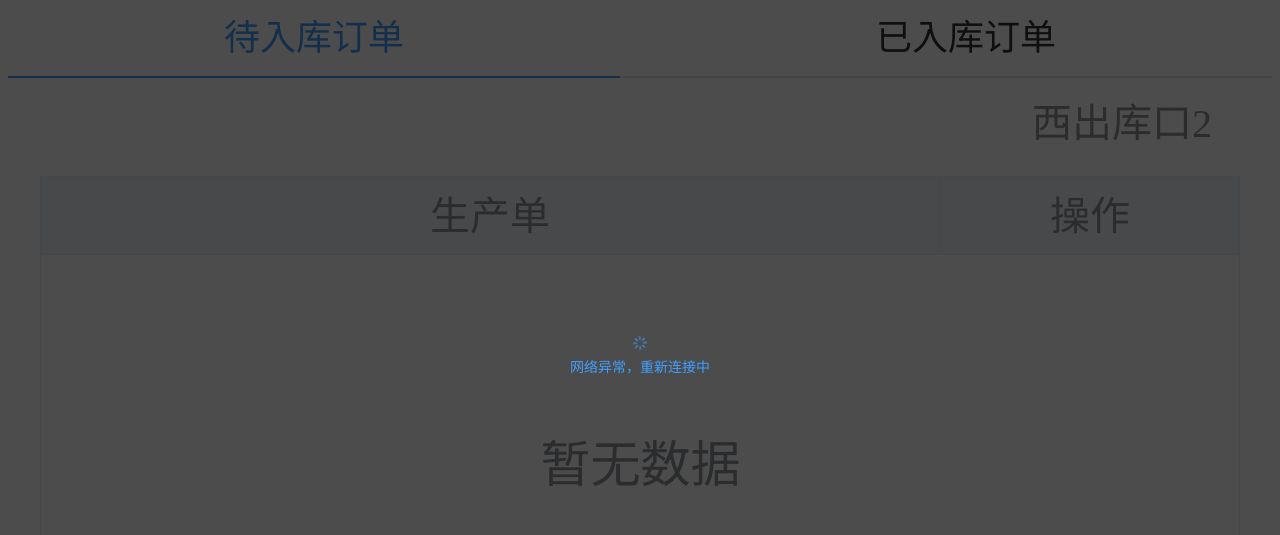
Repository: yaesass/yaesass
Page: /#/InStockDetail (app in scancode/)
These files come from the project's save history. The page is drawn as it stood at one moment and after the next save; the edit follows.
The browser window is 1280 px wide. The pictures show the whole page.
The page's requests for data from a server got no answer. The project was rebuilt for these pictures with package versions that can differ from the ones it lists, and the page was loaded fresh each time. No one was signed in, and anything a server would have sent is missing. Also part of the build but not shown: scancode/vue.config.js.

Above is the page before, as saved 2022-07-01 10:40:07.

### scancode/src/App.vue
<template>
  <div id="app">
    <!-- Name {{ Name }} token {{ token }} Type {{ Type }} Remarks {{ Remarks }} -->
    <router-view></router-view>
  </div>
</template>
<script>
export default {
  name: "App",
  data() {
    return {
      // show: "",
      // activeName: "待生产订单",
      // list: [],
      // listLoading: true,
      // queryForm: {
      //   CurrentPage: 1,
      //   PageSize: 999999,
      // },
      // intervalId: null,
      // messageObj: "",
    };
  },
  created() {
    //获取winform数据
    let Name, token, Type, Remarks;
    // Name = this.getQueryString("Name");
    // token = "Bearer" + " " + this.getQueryString("token");
    // Type = this.getQueryString("DeliveryType");
    // Remarks = this.getQueryString("Remarks");
    token =
      "Bearer admin-accessToken-eyJ0eXAiOiJKV1QiLCJhbGciOiJIUzI1NiJ9.eyJpZCI6IkVBNDY5MDAwLUEwRTMtNDM2NS04OEU1LTYzNTk4MUQxNzM2NSIsIm5hbWUiOiLmiavnoIEifQ.ysDSnXIKlGLatjoH2wUIq0r65R8tv9DP_CH0vsOTbN0";
    Name = "in4";
    Type = "in";
    Remarks = "西出库口2";
    if (Type == "in") {
      this.$router.push({
        name: "InStock",
        params: { Name, token, Type, Remarks },
      });
    } else {
      this.$router.push({
        name: "OutStock",
        params: { Name, token, Type, Remarks },
      });
    }
  },
  beforeDestroy() {
    // this.isDestroyed = true;
    // this.ws.close("测试");
  },
  methods: {
    //接收winform数据
    getQueryString(name) {
      var reg = new RegExp("(^|&)" + name + "=([^&]*)(&|$)");
      var r = window.location.search.substr(1).match(reg);
      if (r != null) return decodeURI(r[2]);
      return null;
    },
  },
};
</script>

### scancode/src/views/InStock.vue
<template>
  <el-tabs v-model="activeName" @tab-click="handleClick">
    <el-tab-pane label="待入库订单" class="counttable" name="待入库订单">
      <div class="count">
        <div class="counttxt">{{ Remarks }}</div>
      </div>
      <el-table
        :data="tableData"
        border
        :header-cell-style="{
          background: '#F2F6FC',
          height: '48px',
          color: '#909399',
          fontSize: '40px',
        }"
        style="width: 95%; margin: 40px auto 0 auto; font-size: 50px"
        :cell-style="totalcellcolor"
        height="500"
        :row-style="{ height: '48px' }"
      >
        <el-table-column align="center" label="生产单">
          <template slot-scope="scope">
            <span v-html="scope.row.product"></span>
          </template>
        </el-table-column>
        <el-table-column align="center" label="操作" width="300px">
          <template #default="{ row }">
            <el-button
              type="primary"
              round
              @click="ordercharge(row)"
              style="font-size: 20px"
            >
              入库
            </el-button>
          </template>
        </el-table-column>
      </el-table>
    </el-tab-pane>
    <el-tab-pane label="已入库订单" class="counttable" name="已入库订单">
      <el-table
        :data="tableData"
        border
        :header-cell-style="{
          background: '#F2F6FC',
          height: '48px',
          color: '#909399',
          fontSize: '40px',
        }"
        style="width: 95%; margin: 20px auto 0 auto; font-size: 25px"
        :cell-style="totalcellcolor"
        height="550"
        :row-style="{ height: '48px' }"
      >
        <el-table-column align="center" label="生产单">
          <template slot-scope="scope">
            <span v-html="scope.row.product"></span>
          </template>
        </el-table-column>
        <el-table-column
          align="center"
          prop="RealQuantity"
          label="数量"
          width="250px"
        >
        </el-table-column>
        <el-table-column align="center" label="时间" width="250px">
          <template slot-scope="scope">
            <span v-html="scope.row.WarehousingTime"></span>
          </template>
        </el-table-column>
      </el-table>
    </el-tab-pane>
  </el-tabs>
</template>

<script>
export default {
  name: "InStock",
  data() {
    return {
      token: "",
      Name: "",
      Type: "",
      Remarks: "",
      activeName: "待入库订单",
      tableData: [], //列表数据
    };
  },
  created() {
    this.token = this.$route.params.token;
    this.Name = this.$route.params.Name;
    this.Type = this.$route.params.Type;
    this.Remarks = this.$route.params.Remarks;
    this.GetScanningOrder();

    // console.log("this.$route.params", this.$route.params);
  },
  mounted() {},

  destroyed() {
    // 在页面销毁
  },
  methods: {
    //选项卡
    handleClick(e) {
      // console.log("点击tab", e.name);
      this.getlist(e.name);
    },

    //入库按钮
    ordercharge(row) {
      let that = this;

      this.$loading({
        lock: true,
        text: "请稍候...",
        spinner: "el-icon-loading",
        background: "rgba(0, 0, 0, 0.7)",
      });
      this.Ordername = row.product;
      that.$axios
        .post(
          "https://www.moondeity.com:8308/api/Areas/OrderInfo/EditOrderState",
          {
            OrderId: row.OrderId,
            StockType: that.Name,
            StockState: 1,
          },
          {
            headers: {
              Authorization: that.token,
            },
          }
        )
        .then(function (response) {
          //console.log('EditOrderStateresponse', response.data.msg)
          if (response.data.msg != "修改成功") {
            that.$loading().close();
            that.message(response.data.msg);
          }
          that.GetScanningOrder();
        })
        .catch(function (error) {
          console.log(error);
        });
    },

    //查询入库订单状态
    GetScanningOrder(e) {
      let that = this;
      that.$loading({
        lock: true,
        text: "请稍候...",
        spinner: "el-icon-loading",
        background: "rgba(0, 0, 0, 0.7)",
      });
      that.list = [];
      that.$axios
        .post(
          "https://www.moondeity.com:8308/api/Areas/OrderInfo/GetScanningOrder",
          {
            Type: that.Name,
          },
          {
            headers: {
              Authorization: that.token,
            },
          }
        )
        .then(function (response) {
          let reqdata = response.data.data;
          // console.log("查询入库订单状态", reqdata.dt);
          if (reqdata.dt != "") {
            let { Name, token, Type, Remarks } = that;
            console.log("{ Name, token, Type, Remarks } ", {
              Name,
              token,
              Type,
              Remarks,
            });
            //有正在入库的订单
            that.$router.push({
              name: "InStockDetail",
              params: { Name, token, Type, Remarks },
            });
          } else {
            that.getlist("待入库订单"); //没有正在入库的订单
          }
          that.$loading().close();
        })
        .catch(function (error) {
          console.log("查询入库订单状态error", error);
          if (e != "err") {
            that.$loading().close();
          }
          that.$loading({
            lock: true,
            text: "网络异常，重新连接中",
            spinner: "el-icon-loading",
            background: "rgba(0, 0, 0, 0.7)",
          });
          setTimeout(() => {
            that.GetScanningOrder("err");
          }, 3000);
        });
    },

    //获取列表
    getlist(Type) {
      let that = this;
      this.tableData = [];
      let formData = {
        Type,
        PageSize: 999999,
        CurrentPage: 1,
        StockType: that.Name,
      };
      if (Type == "已入库订单") {
        formData.begintime = this.gettime();
        formData.endtime = this.gettime();
      }

      this.$axios
        .post(
          "https://www.moondeity.com:8308/api/Areas/OrderInfo/GetOrderList",
          formData,
          {
            headers: {
              Authorization: that.token,
            },
          }
        )
        .then(function (response) {
          // console.log("获取待入库订单列表", response.data.data.dt);
          let temp = response.data.data.dt,
            list = [];
          for (let i = 0; i in temp; i++) {
            if (temp[i].WarehousingTime) {
              temp[i].WarehousingTime = temp[i].WarehousingTime.replace(
                "T",
                "<br/>"
              );
            }
            list.push({
              product: temp[i].Remarks,
              OrderId: temp[i].Id,
              RealQuantity: temp[i].RealQuantity,
              WarehousingTime: temp[i].WarehousingTime,
            });
          }
          //console.log('list', list)
          that.tableData = list;
        })
        .catch(function (error) {
          console.log(error);
        });
    },
    //表格列颜色
    batchcellcolor({ row, column, rowIndex, columnIndex }) {
      row, column, rowIndex;
      if (columnIndex == 2) {
        return "color:red";
      }
    },
    totalcellcolor({ row, column, rowIndex, columnIndex }) {
      row, column, rowIndex;
      if (columnIndex == 1) {
        return "color:red";
      }
    },
    //当前日期
    gettime() {
      let yy = new Date().getFullYear();
      let mm = new Date().getMonth() + 1;
      let dd = new Date().getDate();
      return yy + "-" + mm + "-" + dd;
    },
    //弹窗提示
    message(msg) {
      //console.log('message')
      if (msg == "success") {
        msg = "成功";
      }
      const h = this.$createElement;
      let tempHtml = h(
        "p",
        {
          style:
            " width: 100%; display:flex;align-items: center;justify-content: space-between;",
        },
        [h("span", undefined, msg)]
      );
      if (msg.indexOf("成功") != "-1") {
        this.$message({
          dangerouslyUseHTMLString: true,
          duration: 2000,
          type: "success",
          message: tempHtml,
          customClass: "workShop_message",
        });
        return true;
      }
      if (msg == "网络连接失败") {
        this.$message({
          dangerouslyUseHTMLString: true,
          duration: 2000,
          type: "error",
          message: tempHtml,
          customClass: "workShop_message",
        });
        return false;
      } else {
        this.$message({
          dangerouslyUseHTMLString: true,
          duration: 2000,
          type: "error",
          message: tempHtml,
          customClass: "workShop_message",
        });
        return false;
      }
    },
  },
};
</script>

<style>
.el-table {
  width: 100%;
  display: flex;
  flex-direction: column;
}

.el-table__body-wrapper {
  flex: 1;
}

.el-tabs__nav {
  width: 100%;
}
.el-tabs__item {
  margin-top: 10px;
  width: 50%;
  height: 60px;
  text-align: center;
  font-size: 36px;
  font-weight: 300;
  letter-spacing: 0em;
}

.count {
  display: flex;
  justify-content: right;
  margin: 20px 60px 20px 0;
}

.count .counttxt {
  font-size: 40px;
  font-weight: normal;
  line-height: 24px;
  letter-spacing: 0px;
  color: #909399;
}

.counttable .el-table .cell {
  line-height: 50px;
  font-weight: 300;
}

.workShop_message {
  width: 40%;
  font-size: 30px;
  color: #ff7d38;
}

.workShop_message .btn {
  padding: 5px 10px;
  cursor: pointer;
  background: #ffb89143;
  border: 2px solid #ffb89143;
  border-radius: 10px;
}
</style>

Loaded but not shown: scancode/public/index.html (common file); scancode/src/router/index.js (42 lines, source omitted); scancode/src/main.js (17 lines, source omitted); scancode/src/views/InStockDetail.vue (500 lines, source omitted)

After the next save:
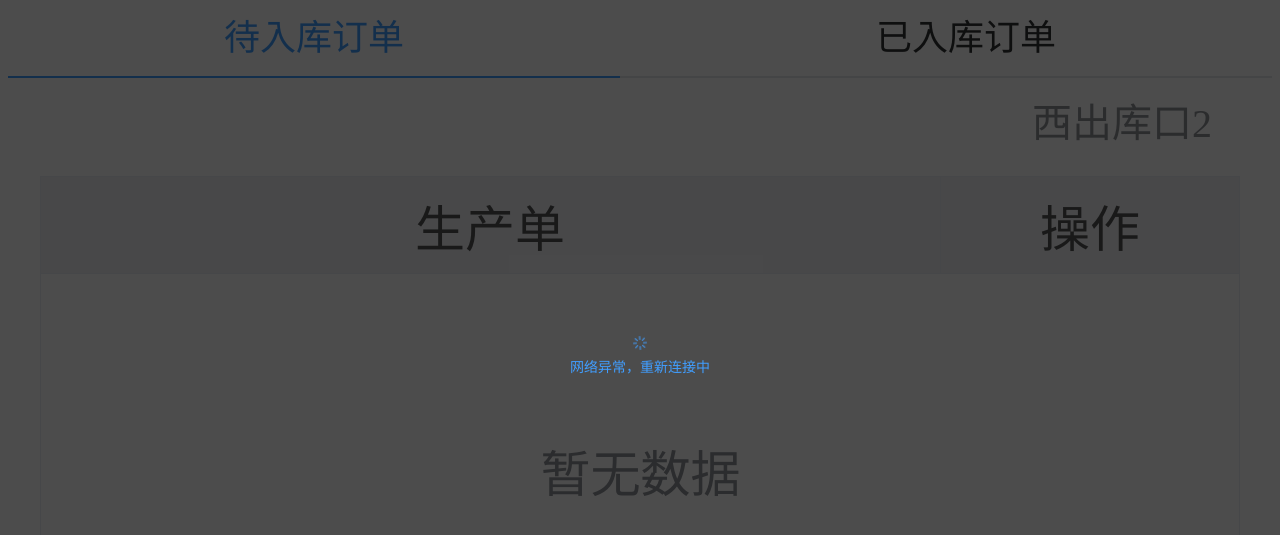
Saved 15 s later.
--- a/scancode/src/views/InStock.vue
+++ b/scancode/src/views/InStock.vue
@@ -8,10 +8,9 @@
         :data="tableData"
         border
         :header-cell-style="{
-          background: '#F2F6FC',
-          height: '48px',
-          color: '#909399',
-          fontSize: '40px',
+          background: '#F3F4F7',
+          color: '#555',
+          height: '97px',
         }"
         style="width: 95%; margin: 40px auto 0 auto; font-size: 50px"
         :cell-style="totalcellcolor"

After the 2 saves that followed:
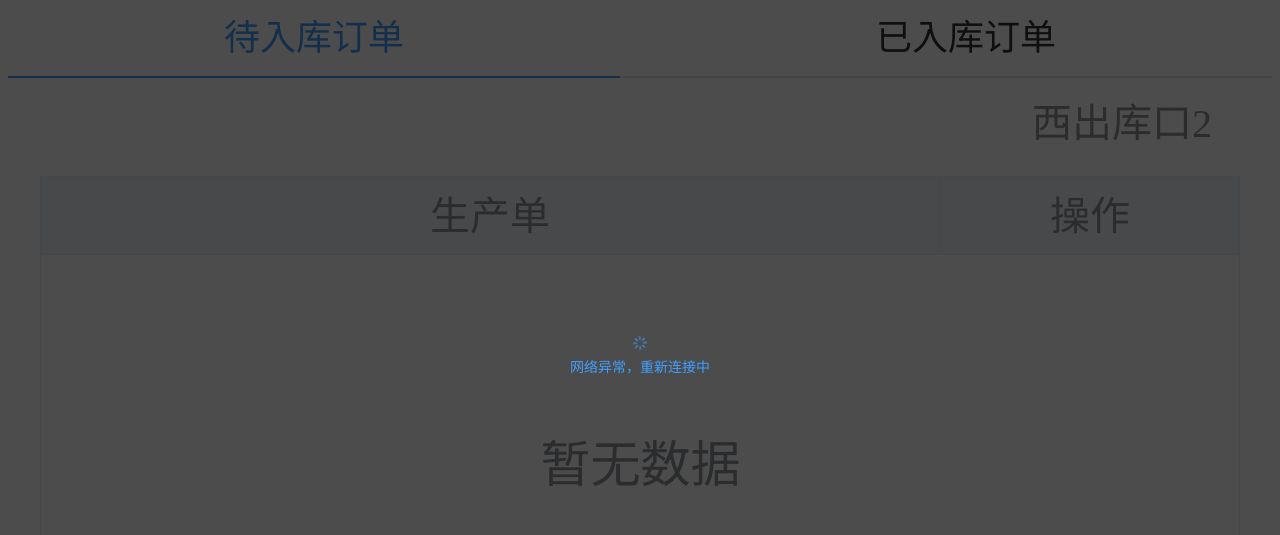
The 2 saves are shown as one change because they came seconds apart.
The last was saved 24 s later.
--- a/scancode/src/views/InStock.vue
+++ b/scancode/src/views/InStock.vue
@@ -8,9 +8,10 @@
         :data="tableData"
         border
         :header-cell-style="{
-          background: '#F3F4F7',
-          color: '#555',
-          height: '97px',
+          background: '#F2F6FC',
+          height: '48px',
+          color: '#909399',
+          fontSize: '40px',
         }"
         style="width: 95%; margin: 40px auto 0 auto; font-size: 50px"
         :cell-style="totalcellcolor"
